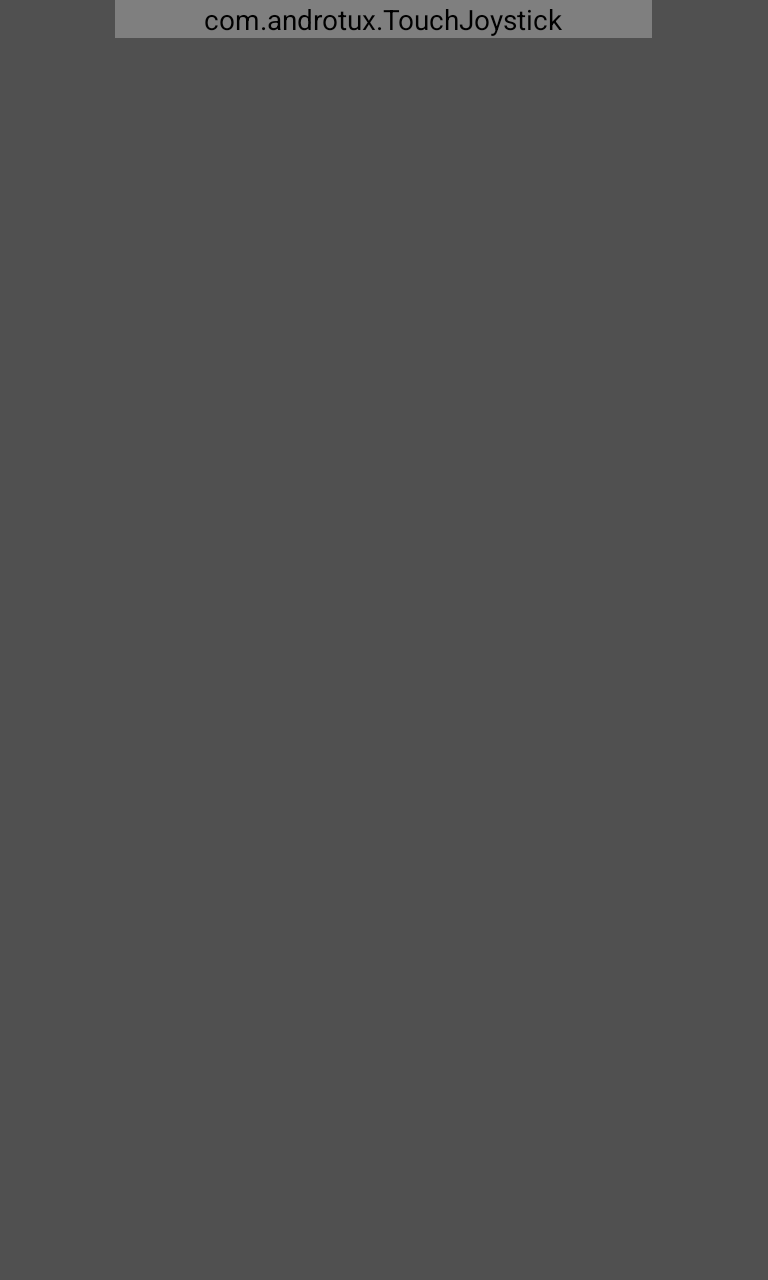
Repository: itayrom/androtux
Layout: app/AndroTux/res/layout/fragment_gamepad.xml
These files come from the project's save history. The layout is drawn as it stood at one moment and after the next save; the edit follows.
Pictures or frames that could not be fetched are drawn as grey boxes. It is drawn on a 768 x 1280 px phone screen (xhdpi) without system bars, with theme android:Theme.NoTitleBar.Fullscreen; the app's code is not run.

Above is the layout before, as saved 2014-09-09 13:13:57.

After the next save:
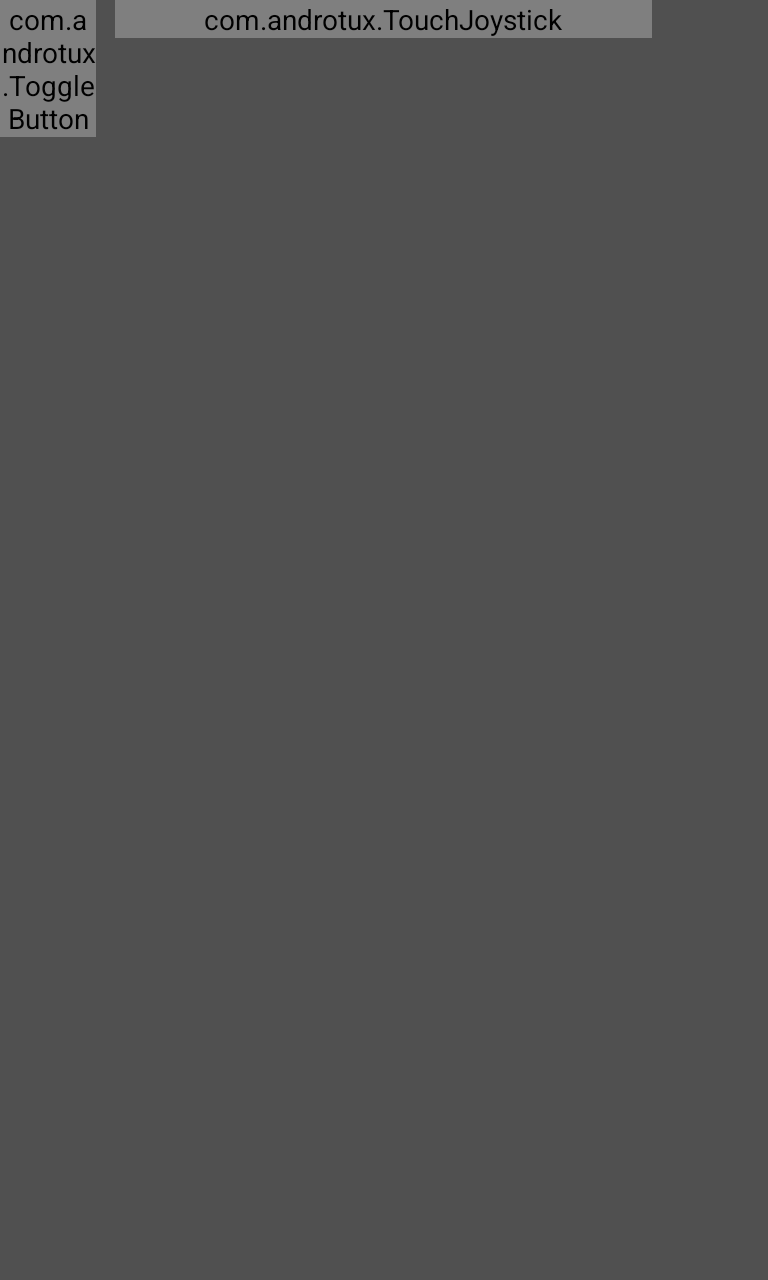
Saved 103 s later.
--- a/app/AndroTux/res/layout/fragment_gamepad.xml
+++ b/app/AndroTux/res/layout/fragment_gamepad.xml
@@ -10,6 +10,15 @@
         android:layout_width="0dp"
         android:layout_height="wrap_content"
         android:orientation="horizontal">
+
+        <com.androtux.ToggleButton
+        android:id="@+id/tbWheel"
+        android:layout_width="48dp"
+        android:layout_height="match_parent"
+        app:offColor="#ffffff"
+        app:onColor="#2b74e1"
+        app:isTab="true"
+        android:layout_marginRight="12dp" />
 
     </LinearLayout>
 
